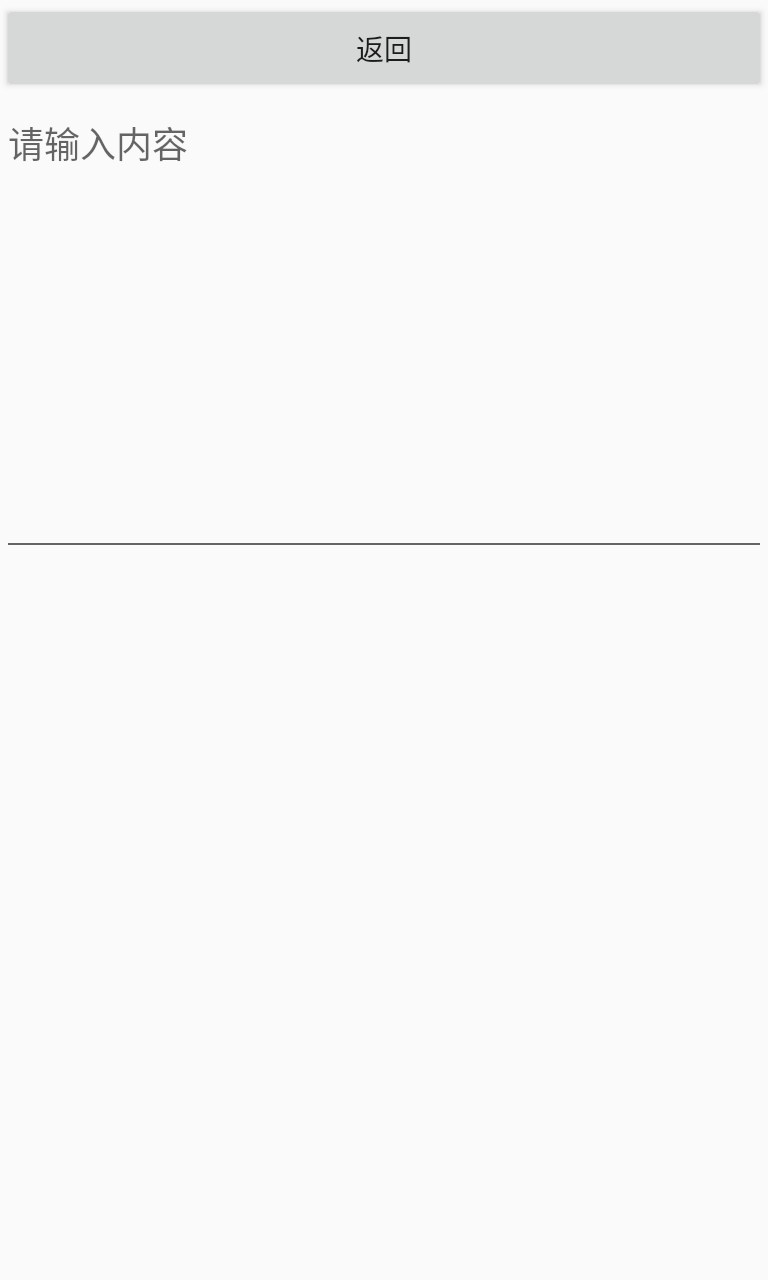
Repository: mxfpaul/Test
Layout: Note/MyNote2/res/layout/newnote.xml
The author's editor kept a copy of each file at every save. The layout is drawn from the files as they stood at one save, then again after the next save.
It is drawn on a 768 x 1280 px phone screen (xhdpi) without system bars, with theme AppTheme; the app's code is not run.

Above is the layout before, as saved 2014-11-19 23:19:51.

After the next save:
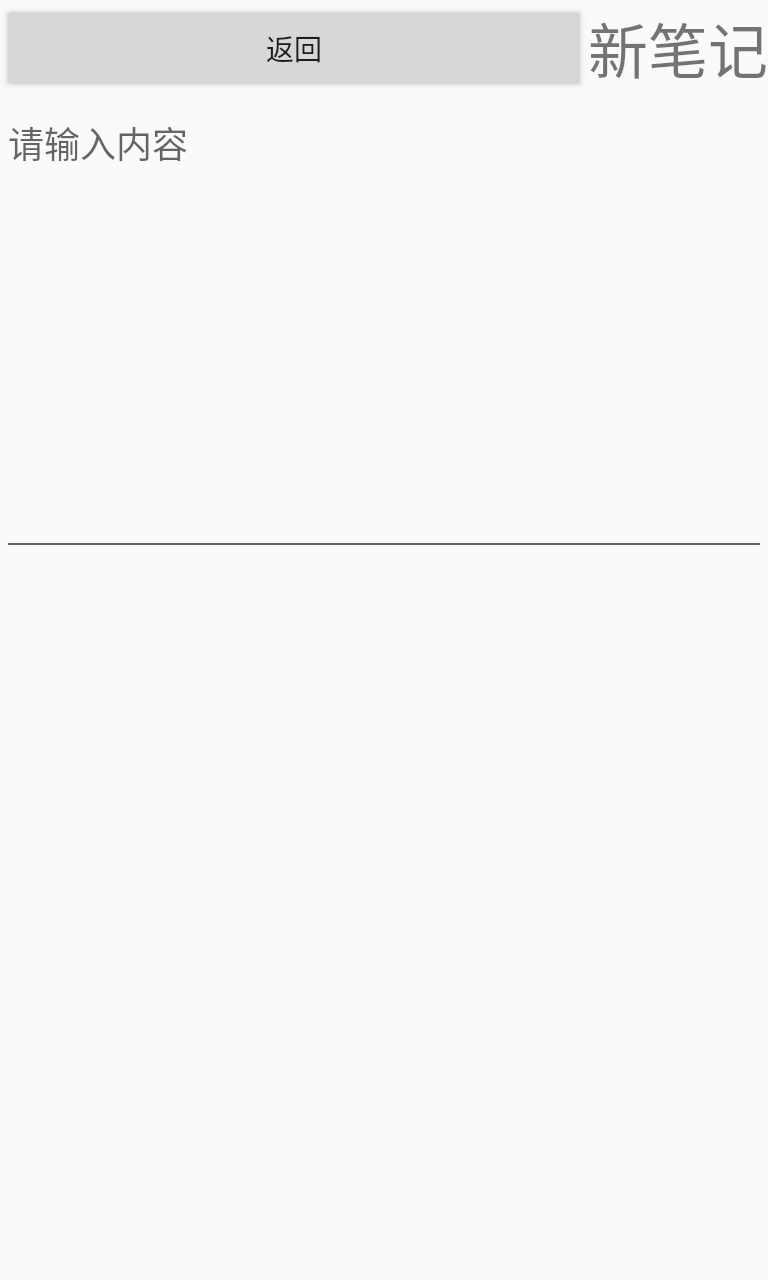
Saved 10 s later.
--- a/Note/MyNote2/res/layout/newnote.xml
+++ b/Note/MyNote2/res/layout/newnote.xml
@@ -16,6 +16,13 @@
 
             android:layout_weight="1"
             android:text="@string/new_button_text1" />
+
+        <TextView
+            android:id="@+id/new_textview_all"
+            android:layout_gravity="center"
+
+            android:text="@string/new_textview_text"
+            android:textSize="30sp" />
 		<!--
         <TextView
             android:id="@+id/new_textview_all"
